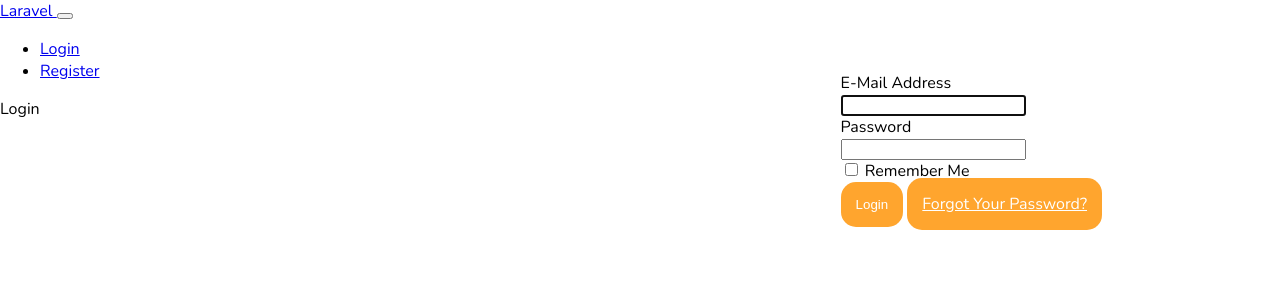
Repository: PatryxB/libraryBook
Page: http://localhost/login
These files come from the project's save history. The page is drawn as it stood at one moment and after the next save; the edit follows.
The browser window is 1280 px wide. The pictures show the whole page.
The page is served by the project's Laravel application, run on PHP 8.4 with Laravel 8. Style sheets and scripts are compiled from the project's sources, by tool versions that may differ from the author's.

Above is the page before, as saved 2020-05-14 13:45:38.

After the next save:
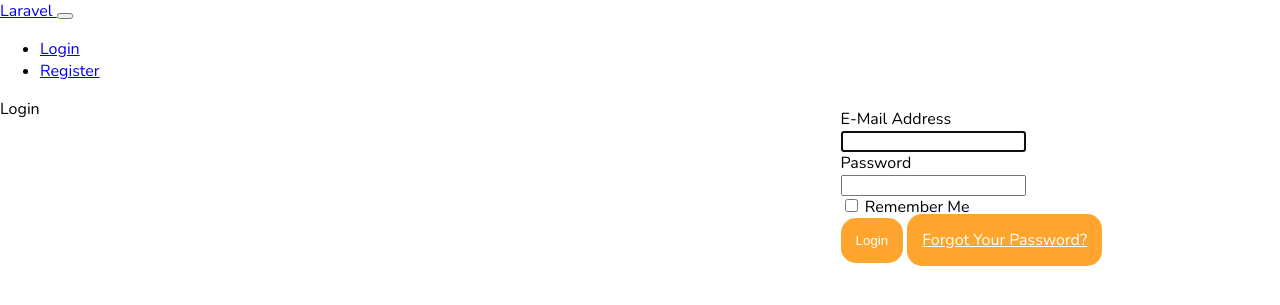
Saved 6 s later.
--- a/resources/sass/app.scss
+++ b/resources/sass/app.scss
@@ -25,7 +25,7 @@ html, body{
 }
 form{
     position: absolute;
-    top: 10%;
+    top: 15%;
     right: 10%;
     background-color: white;
     padding: 50px;
